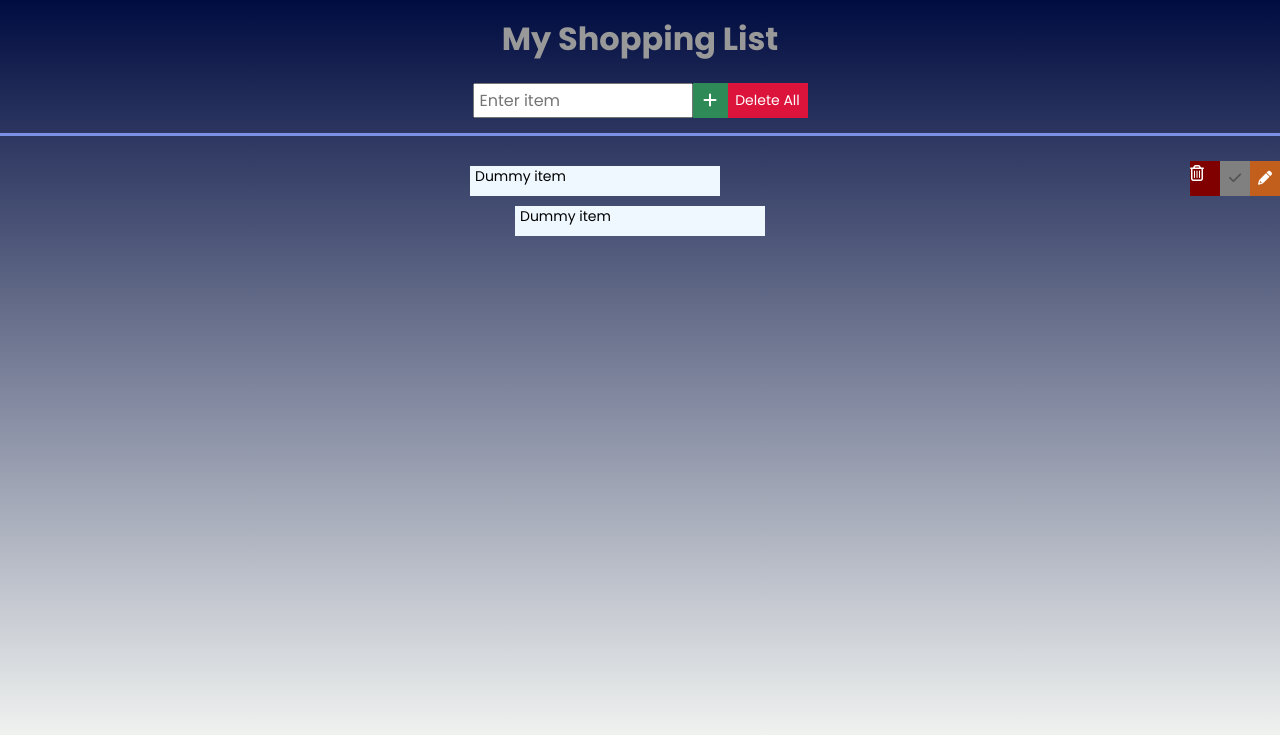
Repository: SaadYasin/shopping-list01-js
Page: index.html
These files come from the project's save history. The page is drawn as it stood at one moment and after a run of saves; the edit follows.
The browser window is 1280 px wide. The pictures show the whole page.

Above is the page before, as saved 2021-12-05 19:08:59.

After the next 4 saves:
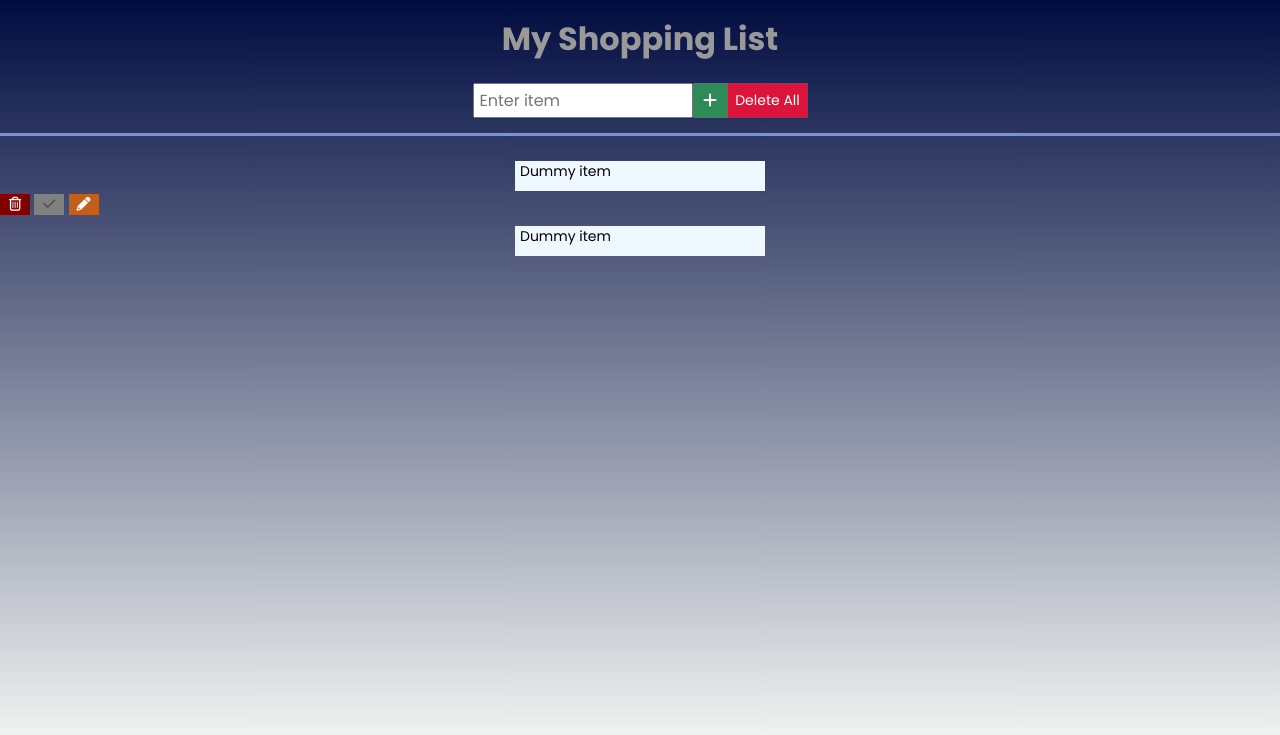
The 4 saves are shown as one change because they came seconds apart.
The last was saved 23 s later.
--- a/index.html
+++ b/index.html
@@ -30,12 +30,12 @@
 
         <div class="container">
             <ul id="items-list">
-                <div class="list-line">
+                <!-- <div class="list-line"> -->
                     <li class="item">Dummy item</li>
-                    <span class="btn-delete-item"><i class="far fa-trash-alt"></i></span>
+                    <button class="btn btn-delete-item" type="button"><i class="far fa-trash-alt"></i></button>
                     <button class="btn btn-done"><i class="fas fa-check"></i></button>
                     <button class="btn btn-edit"><i class="fas fa-pencil-alt"></i></button>
-                </div>
+                <!-- </div> -->
                 <div class="list-line">
                     <li class="item">Dummy item</li>
 

After the 2 saves that followed:
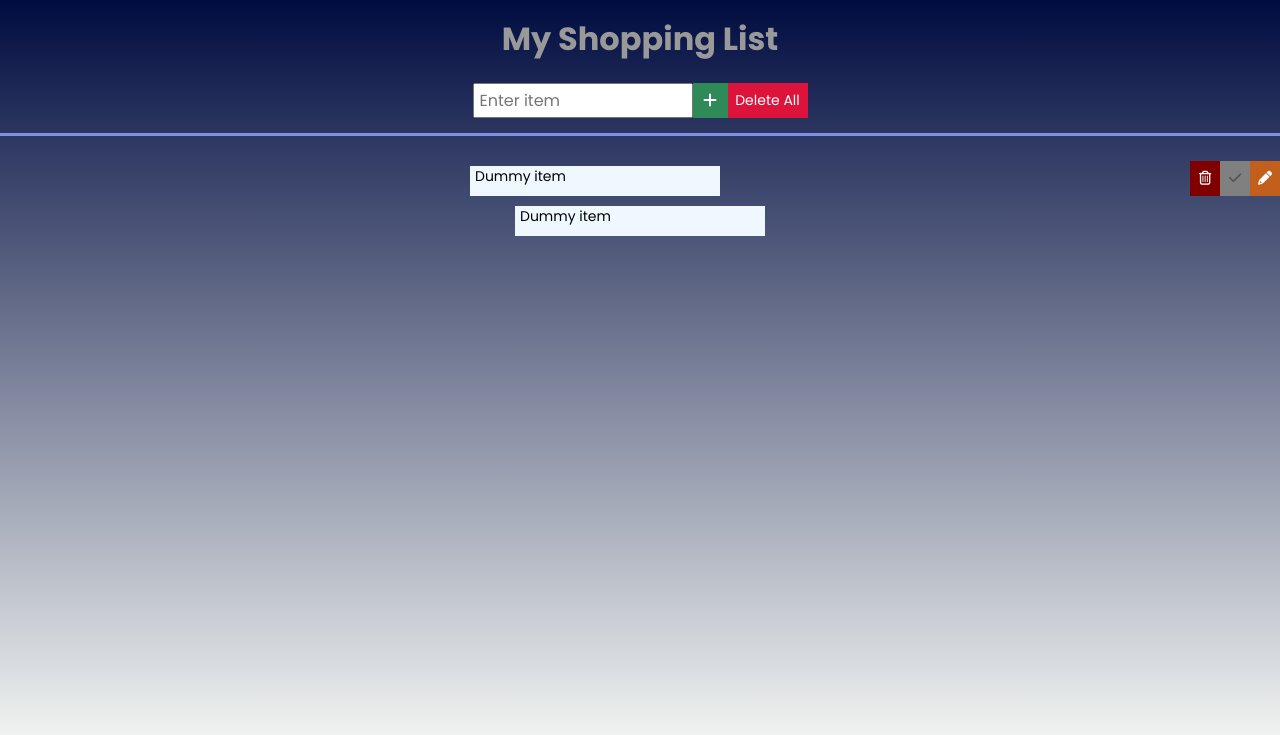
The 2 saves are shown as one change because 1 left the picture as it was.
The last was saved 36 s later.
--- a/index.html
+++ b/index.html
@@ -30,12 +30,12 @@
 
         <div class="container">
             <ul id="items-list">
-                <!-- <div class="list-line"> -->
+                <div class="list-line">
                     <li class="item">Dummy item</li>
                     <button class="btn btn-delete-item" type="button"><i class="far fa-trash-alt"></i></button>
                     <button class="btn btn-done"><i class="fas fa-check"></i></button>
                     <button class="btn btn-edit"><i class="fas fa-pencil-alt"></i></button>
-                <!-- </div> -->
+                </div>
                 <div class="list-line">
                     <li class="item">Dummy item</li>
 
